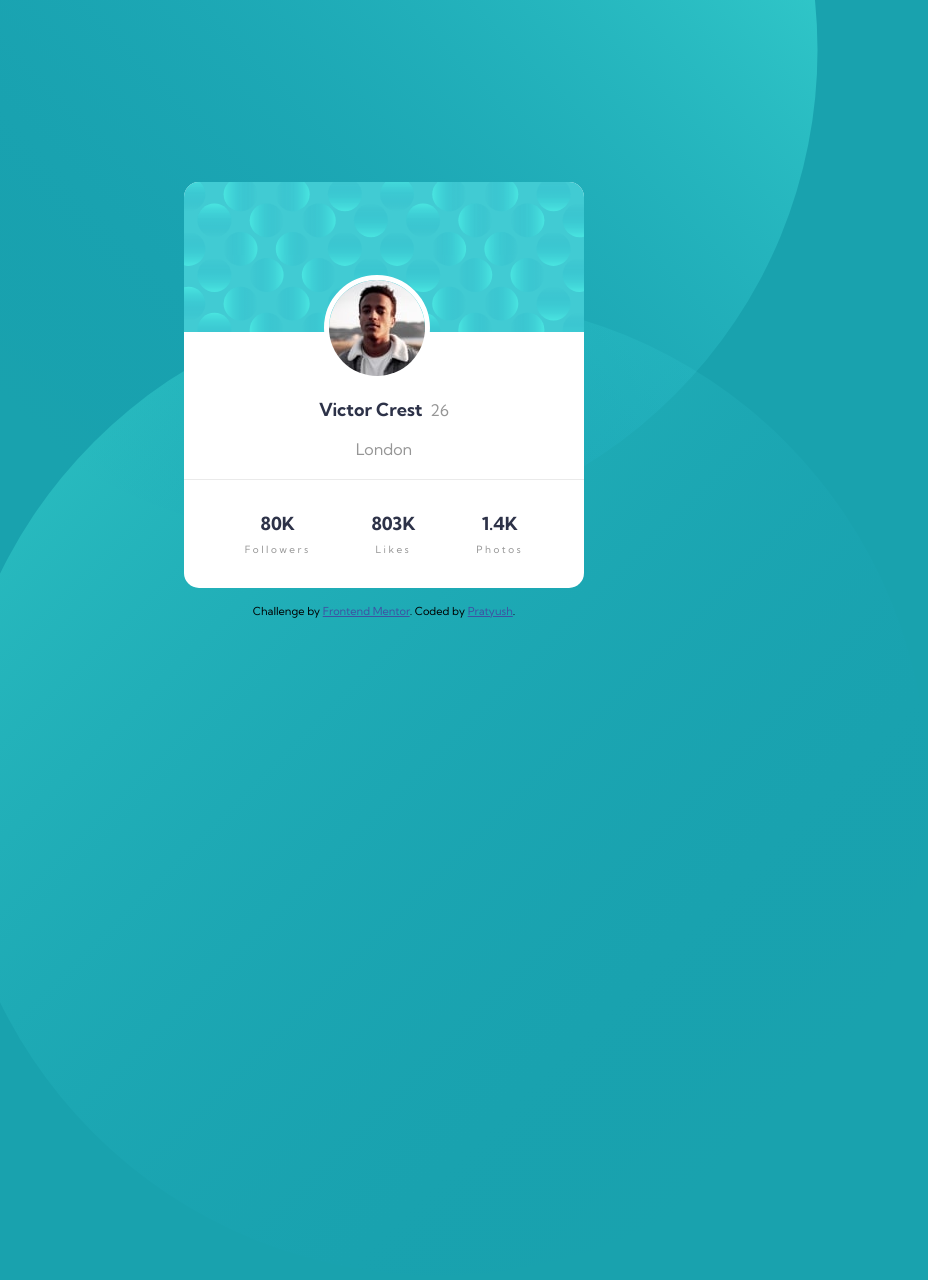
Repository: PratypartyY2K/frontendmentor-challenges
Page: profile-card-component-main/index.html
An editor plug-in stored every save of this project. The page is shown before and after the next save, followed by the edit.
The browser window is 768 px wide. The page is 928 px wide, so the pictures cover 928 px, including what lies to the right of the window. The pictures show the whole page.

Above is the page before, as saved 2021-07-15 14:38:18.

### profile-card-component-main/index.html
<!DOCTYPE html>
<html lang="en">
  <head>
    <meta charset="UTF-8" />
    <meta name="viewport" content="width=device-width, initial-scale=1.0" />
    <!-- displays site properly based on user's device -->

    <link
      rel="icon"
      type="image/png"
      sizes="32x32"
      href="./images/favicon-32x32.png"
    />

    <title>Frontend Mentor | Profile card component</title>

    <link rel="stylesheet" href="style.css" />
  </head>
  <body>

    <div class="bg-upper-img">
      <img src="images/bg-pattern-top.svg">
    </div>

    <div class="card-wrapper">
      <div class="upper-div">
        <!--background-->
      </div>
      <img src="images/image-victor.jpg">
      <div class="middle-div">

          <div class="row-1"><h3>Victor Crest</h3>26</div>
          <div class="row-2">London</div>

      </div>
      <div class="stats">
        <div class="stat_element">
          <h3>80K</h3>
          Followers
        </div>
        <div class="stat_element">
          <h3>803K</h3>
          Likes
        </div>
        <div class="stat_element">
          <h3>1.4K</h3>
          Photos
        </div>
      </div>
    </div>


    <div class="attribution">
      Challenge by
      <a href="https://www.frontendmentor.io?ref=challenge" target="_blank"
        >Frontend Mentor</a
      >. Coded by
      <a
        href="https://www.frontendmentor.io/profile/PratypartyY2K"
        target="_blank"
        >Pratyush</a
      >.

    </div>

    <div class="bg-bottom-img">
      <img src="images/bg-pattern-bottom.svg">
    </div>
  </body>
</html>

### profile-card-component-main/style.css
@import url("https://fonts.googleapis.com/css2?family=Kumbh+Sans:wght@400;700&display=swap");

:root {
  --primary-cyan: hsl(185, 75%, 39%);
  --primary-blue: hsl(229, 23%, 23%);
  --primary-grayish-blue: hsl(227, 10%, 46%);
  --neutral-dark-gray: hsl(0, 0%, 59%);
}

* {
    box-sizing: border-box;
}

body {
  font-family: "Kumbh Sans", sans-serif;
  position: relative;
  background-color: var(--primary-cyan);
  min-height: 100vh;
  display: flex;
  flex-direction: column;
  justify-content: center;
  align-items: center;
  margin: 0;
  overflow: hidden;
}

h3 {
    color: var(--primary-blue);
    font-weight: 700;
}

.card-wrapper {
    display: flex;
    flex-direction: column;
    background-color: white;
    width: 400px;
    margin-bottom: 1rem;
    position: relative;
    border-radius: 15px;
    overflow: hidden;
    text-align: center;
    color: var(--neutral-dark-gray);
}

.upper-div {
    background-image: url('images/bg-pattern-card.svg');
    background-repeat: no-repeat;
    background-size: cover;
    height: 150px;
}

.card-wrapper img {
    position: absolute;
    border-radius: 50%;
    border: 5px solid white;
    left: 35%;
    top: 23%;
}

.middle-div {
    display: flex;
    flex-direction: column;
    margin: 3rem 0 1.25rem 0;
}

.row-1 {
    display: flex;
    justify-content: center;
    align-items: center;
}

.row-1 h3 {
    padding: 0;
    margin-right: 0.5rem;
    font-size: 18px;
}

.stats {
    display: flex;
    justify-content: space-evenly;
    border-top: 0.5px solid hsla(0, 0%, 59%, 0.2);
}

.stat_element {
    display: flex;
    flex-direction: column;
    padding: 2rem 0;
    font-size: 10px;
    letter-spacing: 2.5px;
}

.stat_element h3 {
    margin: 0;
    margin-bottom: 0.5rem;
    font-size: 18px;
    letter-spacing: 0;
}

.bg-upper-img {
    position: absolute;
    top: -27.5rem;
    left: -10rem;
    right: 0;
    bottom: 0;
}

.bg-bottom-img {
    position: absolute;
    right: -10rem;
    bottom: -30rem;
    z-index:-1;
}

.attribution {
  font-size: 11px;
  text-align: center;
}
.attribution a {
  color: hsl(228, 45%, 44%);
}

@media only screen and (max-width: 960px) {
    body {
        display: flex;
        justify-content: center;
        align-items: center;
    }
}

After the next save:
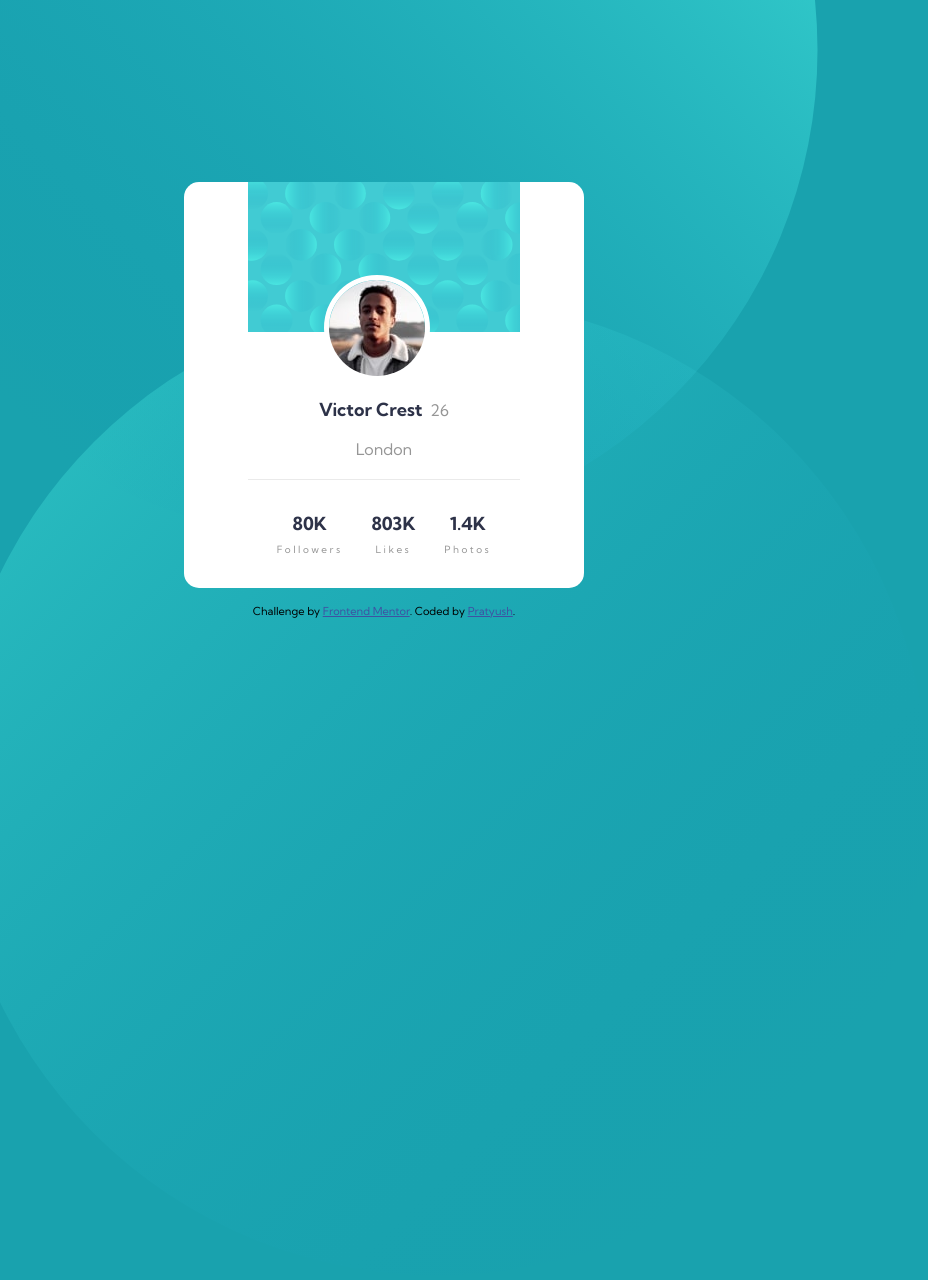
Saved 69 s later.
--- a/profile-card-component-main/style.css
+++ b/profile-card-component-main/style.css
@@ -125,4 +125,8 @@
         justify-content: center;
         align-items: center;
     }
+
+    .card-wrapper {
+        padding: 0 4rem;
+    }
 }

After the save that followed:
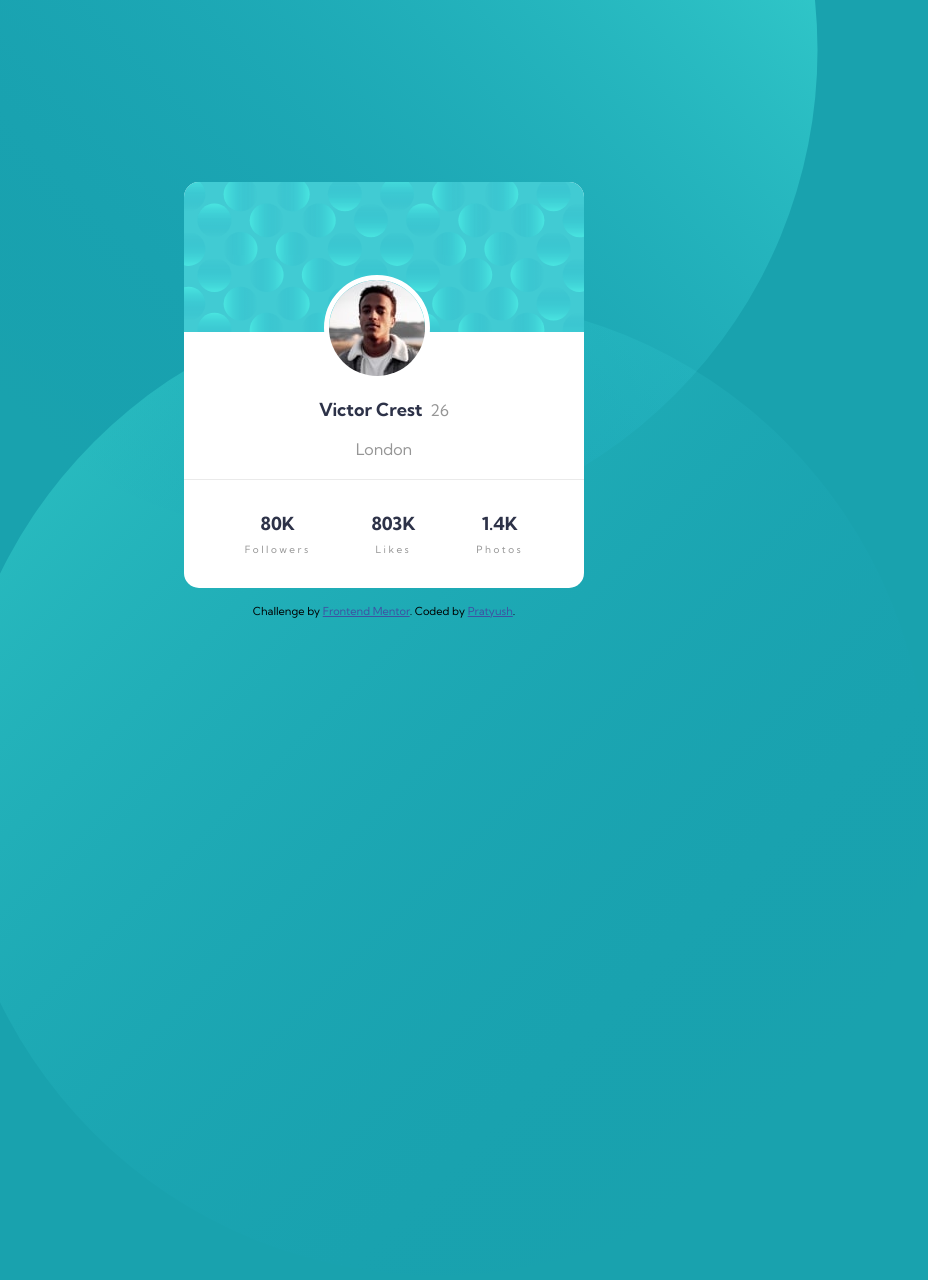
Saved 29 s later.
--- a/profile-card-component-main/style.css
+++ b/profile-card-component-main/style.css
@@ -124,9 +124,10 @@
         display: flex;
         justify-content: center;
         align-items: center;
+        padding: 0 4rem;
     }
 
     .card-wrapper {
-        padding: 0 4rem;
+
     }
 }
